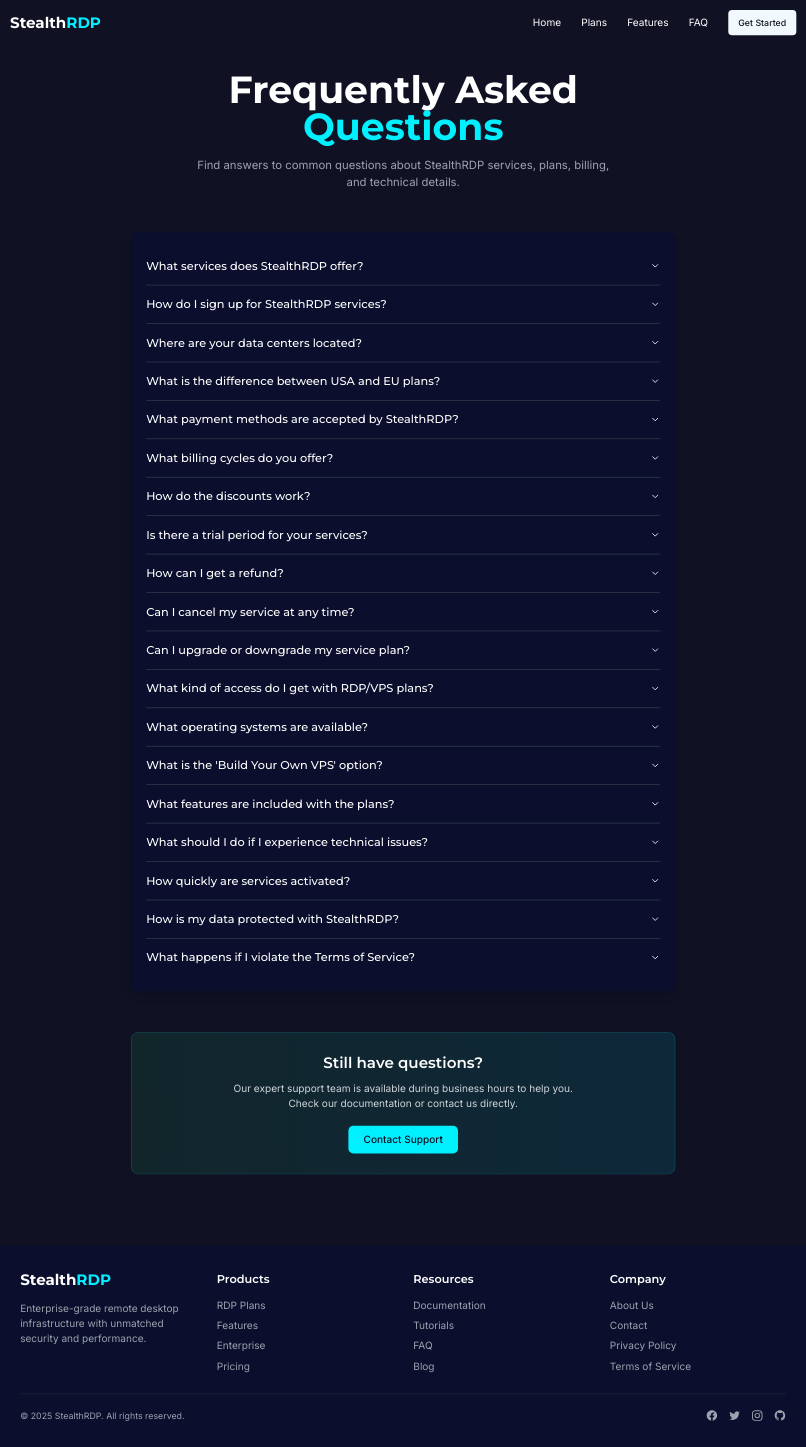
Repository: Husnainn01/stealthrdp2
Page: /faq
The author's editor kept a copy of each file at every save. The page is drawn from the files as they stood at one save, then again after the next save.
The browser window is 1280 px wide. The pictures show the whole page, at 63% of full size.
The project was rebuilt for these pictures with package versions that can differ from the ones it lists, and the page was loaded fresh each time. Also part of the build but not shown: vite.config.ts, src/components/ui/tooltip.tsx, src/pages/Index.tsx, src/components/ui/card.tsx, src/components/ui/tabs.tsx, src/pages/Plans.tsx, src/pages/Features.tsx, src/pages/NotFound.tsx.

Above is the page before, as saved 2025-05-05 04:01:30.

### index.html
<!DOCTYPE html>
<html lang="en">
  <head>
    <meta charset="UTF-8" />
    <meta name="viewport" content="width=device-width, initial-scale=1.0" />
    <title>stealth-digital-revamp</title>
    <meta name="description" content="Lovable Generated Project" />
    <meta name="author" content="Lovable" />

    <meta property="og:title" content="stealth-digital-revamp" />
    <meta property="og:description" content="Lovable Generated Project" />
    <meta property="og:type" content="website" />
    <meta property="og:image" content="https://lovable.dev/opengraph-image-p98pqg.png" />

    <meta name="twitter:card" content="summary_large_image" />
    <meta name="twitter:site" content="@lovable_dev" />
    <meta name="twitter:image" content="https://lovable.dev/opengraph-image-p98pqg.png" />
  </head>

  <body>
    <div id="root"></div>
    <!-- IMPORTANT: DO NOT REMOVE THIS SCRIPT TAG OR THIS VERY COMMENT! -->
    <script src="https://cdn.gpteng.co/gptengineer.js" type="module"></script>
    <script type="module" src="/src/main.tsx"></script>
  </body>
</html>

### src/App.tsx
import { Toaster } from "@/components/ui/toaster";
import { Toaster as Sonner } from "@/components/ui/sonner";
import { TooltipProvider } from "@/components/ui/tooltip";
import { QueryClient, QueryClientProvider } from "@tanstack/react-query";
import { BrowserRouter, Routes, Route } from "react-router-dom";
import Index from "./pages/Index";
import FAQPage from "./pages/FAQ";
import Plans from "./pages/Plans";
import Features from "./pages/Features";
import NotFound from "./pages/NotFound";

const queryClient = new QueryClient();

const App = () => (
  <QueryClientProvider client={queryClient}>
    <TooltipProvider>
      <Toaster />
      <Sonner />
      <BrowserRouter>
        <Routes>
          <Route path="/" element={<Index />} />
          <Route path="/faq" element={<FAQPage />} />
          <Route path="/plans" element={<Plans />} />
          <Route path="/features" element={<Features />} />
          {/* ADD ALL CUSTOM ROUTES ABOVE THE CATCH-ALL "*" ROUTE */}
          <Route path="*" element={<NotFound />} />
        </Routes>
      </BrowserRouter>
    </TooltipProvider>
  </QueryClientProvider>
);

export default App;

### src/index.css

@import url('https://fonts.googleapis.com/css2?family=Montserrat:wght@400;500;600;700&display=swap');
@import url('https://fonts.googleapis.com/css2?family=Inter:wght@400;500;600&display=swap');

@tailwind base;
@tailwind components;
@tailwind utilities;

@layer base {
  :root {
    --background: 240 10% 3.9%;
    --foreground: 0 0% 98%;
    --card: 240 10% 3.9%;
    --card-foreground: 0 0% 98%;
    --popover: 240 10% 3.9%;
    --popover-foreground: 0 0% 98%;
    --primary: 208 100% 97.3%;
    --primary-foreground: 240 5.9% 10%;
    --secondary: 240 3.7% 15.9%;
    --secondary-foreground: 0 0% 98%;
    --muted: 240 3.7% 15.9%;
    --muted-foreground: 240 5% 64.9%;
    --accent: 240 3.7% 15.9%;
    --accent-foreground: 0 0% 98%;
    --destructive: 0 62.8% 30.6%;
    --destructive-foreground: 0 0% 98%;
    --border: 240 3.7% 15.9%;
    --input: 240 3.7% 15.9%;
    --ring: 240 4.9% 83.9%;
    --radius: 0.5rem;
  }
}

@layer base {
  * {
    @apply border-border;
  }

  body {
    @apply bg-charcoal text-foreground font-inter antialiased;
  }

  h1, h2, h3, h4, h5, h6 {
    @apply font-montserrat font-bold;
  }

  .container {
    @apply px-4 md:px-8;
  }

  .btn-electric {
    @apply bg-electric text-charcoal hover:bg-opacity-80 transition-all duration-200 font-medium;
  }

  .btn-cyber {
    @apply bg-cyber text-midnight hover:bg-opacity-80 transition-all duration-200 font-medium;
  }

  .section {
    @apply py-12 md:py-16 lg:py-20;
  }

  .fade-in {
    @apply animate-fade-in;
  }

  .card-hover {
    @apply transition-all duration-200 hover:shadow-lg hover:shadow-electric/10 hover:-translate-y-1;
  }
}

### src/components/ui/toaster.tsx
import { useToast } from "@/hooks/use-toast"
import {
  Toast,
  ToastClose,
  ToastDescription,
  ToastProvider,
  ToastTitle,
  ToastViewport,
} from "@/components/ui/toast"

export function Toaster() {
  const { toasts } = useToast()

  return (
    <ToastProvider>
      {toasts.map(function ({ id, title, description, action, ...props }) {
        return (
          <Toast key={id} {...props}>
            <div className="grid gap-1">
              {title && <ToastTitle>{title}</ToastTitle>}
              {description && (
                <ToastDescription>{description}</ToastDescription>
              )}
            </div>
            {action}
            <ToastClose />
          </Toast>
        )
      })}
      <ToastViewport />
    </ToastProvider>
  )
}

### src/components/ui/sonner.tsx
import { useTheme } from "next-themes"
import { Toaster as Sonner, toast } from "sonner"

type ToasterProps = React.ComponentProps<typeof Sonner>

const Toaster = ({ ...props }: ToasterProps) => {
  const { theme = "system" } = useTheme()

  return (
    <Sonner
      theme={theme as ToasterProps["theme"]}
      className="toaster group"
      toastOptions={{
        classNames: {
          toast:
            "group toast group-[.toaster]:bg-background group-[.toaster]:text-foreground group-[.toaster]:border-border group-[.toaster]:shadow-lg",
          description: "group-[.toast]:text-muted-foreground",
          actionButton:
            "group-[.toast]:bg-primary group-[.toast]:text-primary-foreground",
          cancelButton:
            "group-[.toast]:bg-muted group-[.toast]:text-muted-foreground",
        },
      }}
      {...props}
    />
  )
}

export { Toaster, toast }

### src/components/ui/toast.tsx
import * as React from "react"
import * as ToastPrimitives from "@radix-ui/react-toast"
import { cva, type VariantProps } from "class-variance-authority"
import { X } from "lucide-react"

import { cn } from "@/lib/utils"

const ToastProvider = ToastPrimitives.Provider

const ToastViewport = React.forwardRef<
  React.ElementRef<typeof ToastPrimitives.Viewport>,
  React.ComponentPropsWithoutRef<typeof ToastPrimitives.Viewport>
>(({ className, ...props }, ref) => (
  <ToastPrimitives.Viewport
    ref={ref}
    className={cn(
      "fixed top-0 z-[100] flex max-h-screen w-full flex-col-reverse p-4 sm:bottom-0 sm:right-0 sm:top-auto sm:flex-col md:max-w-[420px]",
      className
    )}
    {...props}
  />
))
ToastViewport.displayName = ToastPrimitives.Viewport.displayName

const toastVariants = cva(
  "group pointer-events-auto relative flex w-full items-center justify-between space-x-4 overflow-hidden rounded-md border p-6 pr-8 shadow-lg transition-all data-[swipe=cancel]:translate-x-0 data-[swipe=end]:translate-x-[var(--radix-toast-swipe-end-x)] data-[swipe=move]:translate-x-[var(--radix-toast-swipe-move-x)] data-[swipe=move]:transition-none data-[state=open]:animate-in data-[state=closed]:animate-out data-[swipe=end]:animate-out data-[state=closed]:fade-out-80 data-[state=closed]:slide-out-to-right-full data-[state=open]:slide-in-from-top-full data-[state=open]:sm:slide-in-from-bottom-full",
  {
    variants: {
      variant: {
        default: "border bg-background text-foreground",
        destructive:
          "destructive group border-destructive bg-destructive text-destructive-foreground",
      },
    },
    defaultVariants: {
      variant: "default",
    },
  }
)

const Toast = React.forwardRef<
  React.ElementRef<typeof ToastPrimitives.Root>,
  React.ComponentPropsWithoutRef<typeof ToastPrimitives.Root> &
    VariantProps<typeof toastVariants>
>(({ className, variant, ...props }, ref) => {
  return (
    <ToastPrimitives.Root
      ref={ref}
      className={cn(toastVariants({ variant }), className)}
      {...props}
    />
  )
})
Toast.displayName = ToastPrimitives.Root.displayName

const ToastAction = React.forwardRef<
  React.ElementRef<typeof ToastPrimitives.Action>,
  React.ComponentPropsWithoutRef<typeof ToastPrimitives.Action>
>(({ className, ...props }, ref) => (
  <ToastPrimitives.Action
    ref={ref}
    className={cn(
      "inline-flex h-8 shrink-0 items-center justify-center rounded-md border bg-transparent px-3 text-sm font-medium ring-offset-background transition-colors hover:bg-secondary focus:outline-none focus:ring-2 focus:ring-ring focus:ring-offset-2 disabled:pointer-events-none disabled:opacity-50 group-[.destructive]:border-muted/40 group-[.destructive]:hover:border-destructive/30 group-[.destructive]:hover:bg-destructive group-[.destructive]:hover:text-destructive-foreground group-[.destructive]:focus:ring-destructive",
      className
    )}
    {...props}
  />
))
ToastAction.displayName = ToastPrimitives.Action.displayName

const ToastClose = React.forwardRef<
  React.ElementRef<typeof ToastPrimitives.Close>,
  React.ComponentPropsWithoutRef<typeof ToastPrimitives.Close>
>(({ className, ...props }, ref) => (
  <ToastPrimitives.Close
    ref={ref}
    className={cn(
      "absolute right-2 top-2 rounded-md p-1 text-foreground/50 opacity-0 transition-opacity hover:text-foreground focus:opacity-100 focus:outline-none focus:ring-2 group-hover:opacity-100 group-[.destructive]:text-red-300 group-[.destructive]:hover:text-red-50 group-[.destructive]:focus:ring-red-400 group-[.destructive]:focus:ring-offset-red-600",
      className
    )}
    toast-close=""
    {...props}
  >
    <X className="h-4 w-4" />
  </ToastPrimitives.Close>
))
ToastClose.displayName = ToastPrimitives.Close.displayName

const ToastTitle = React.forwardRef<
  React.ElementRef<typeof ToastPrimitives.Title>,
  React.ComponentPropsWithoutRef<typeof ToastPrimitives.Title>
>(({ className, ...props }, ref) => (
  <ToastPrimitives.Title
    ref={ref}
    className={cn("text-sm font-semibold", className)}
    {...props}
  />
))
ToastTitle.displayName = ToastPrimitives.Title.displayName

const ToastDescription = React.forwardRef<
  React.ElementRef<typeof ToastPrimitives.Description>,
  React.ComponentPropsWithoutRef<typeof ToastPrimitives.Description>
>(({ className, ...props }, ref) => (
  <ToastPrimitives.Description
    ref={ref}
    className={cn("text-sm opacity-90", className)}
    {...props}
  />
))
ToastDescription.displayName = ToastPrimitives.Description.displayName

type ToastProps = React.ComponentPropsWithoutRef<typeof Toast>

type ToastActionElement = React.ReactElement<typeof ToastAction>

export {
  type ToastProps,
  type ToastActionElement,
  ToastProvider,
  ToastViewport,
  Toast,
  ToastTitle,
  ToastDescription,
  ToastClose,
  ToastAction,
}

### src/components/Layout.tsx

import React from 'react';
import Navbar from './Navbar';
import Footer from './Footer';

interface LayoutProps {
  children: React.ReactNode;
}

const Layout: React.FC<LayoutProps> = ({ children }) => {
  return (
    <div className="flex flex-col min-h-screen">
      <Navbar />
      <main className="flex-grow">{children}</main>
      <Footer />
    </div>
  );
};

export default Layout;

### src/components/ui/button.tsx
import * as React from "react"
import { Slot } from "@radix-ui/react-slot"
import { cva, type VariantProps } from "class-variance-authority"

import { cn } from "@/lib/utils"

const buttonVariants = cva(
  "inline-flex items-center justify-center gap-2 whitespace-nowrap rounded-md text-sm font-medium ring-offset-background transition-colors focus-visible:outline-none focus-visible:ring-2 focus-visible:ring-ring focus-visible:ring-offset-2 disabled:pointer-events-none disabled:opacity-50 [&_svg]:pointer-events-none [&_svg]:size-4 [&_svg]:shrink-0",
  {
    variants: {
      variant: {
        default: "bg-primary text-primary-foreground hover:bg-primary/90",
        destructive:
          "bg-destructive text-destructive-foreground hover:bg-destructive/90",
        outline:
          "border border-input bg-background hover:bg-accent hover:text-accent-foreground",
        secondary:
          "bg-secondary text-secondary-foreground hover:bg-secondary/80",
        ghost: "hover:bg-accent hover:text-accent-foreground",
        link: "text-primary underline-offset-4 hover:underline",
      },
      size: {
        default: "h-10 px-4 py-2",
        sm: "h-9 rounded-md px-3",
        lg: "h-11 rounded-md px-8",
        icon: "h-10 w-10",
      },
    },
    defaultVariants: {
      variant: "default",
      size: "default",
    },
  }
)

export interface ButtonProps
  extends React.ButtonHTMLAttributes<HTMLButtonElement>,
    VariantProps<typeof buttonVariants> {
  asChild?: boolean
}

const Button = React.forwardRef<HTMLButtonElement, ButtonProps>(
  ({ className, variant, size, asChild = false, ...props }, ref) => {
    const Comp = asChild ? Slot : "button"
    return (
      <Comp
        className={cn(buttonVariants({ variant, size, className }))}
        ref={ref}
        {...props}
      />
    )
  }
)
Button.displayName = "Button"

export { Button, buttonVariants }

### src/components/ui/accordion.tsx
import * as React from "react"
import * as AccordionPrimitive from "@radix-ui/react-accordion"
import { ChevronDown } from "lucide-react"

import { cn } from "@/lib/utils"

const Accordion = AccordionPrimitive.Root

const AccordionItem = React.forwardRef<
  React.ElementRef<typeof AccordionPrimitive.Item>,
  React.ComponentPropsWithoutRef<typeof AccordionPrimitive.Item>
>(({ className, ...props }, ref) => (
  <AccordionPrimitive.Item
    ref={ref}
    className={cn("border-b", className)}
    {...props}
  />
))
AccordionItem.displayName = "AccordionItem"

const AccordionTrigger = React.forwardRef<
  React.ElementRef<typeof AccordionPrimitive.Trigger>,
  React.ComponentPropsWithoutRef<typeof AccordionPrimitive.Trigger>
>(({ className, children, ...props }, ref) => (
  <AccordionPrimitive.Header className="flex">
    <AccordionPrimitive.Trigger
      ref={ref}
      className={cn(
        "flex flex-1 items-center justify-between py-4 font-medium transition-all hover:underline [&[data-state=open]>svg]:rotate-180",
        className
      )}
      {...props}
    >
      {children}
      <ChevronDown className="h-4 w-4 shrink-0 transition-transform duration-200" />
    </AccordionPrimitive.Trigger>
  </AccordionPrimitive.Header>
))
AccordionTrigger.displayName = AccordionPrimitive.Trigger.displayName

const AccordionContent = React.forwardRef<
  React.ElementRef<typeof AccordionPrimitive.Content>,
  React.ComponentPropsWithoutRef<typeof AccordionPrimitive.Content>
>(({ className, children, ...props }, ref) => (
  <AccordionPrimitive.Content
    ref={ref}
    className="overflow-hidden text-sm transition-all data-[state=closed]:animate-accordion-up data-[state=open]:animate-accordion-down"
    {...props}
  >
    <div className={cn("pb-4 pt-0", className)}>{children}</div>
  </AccordionPrimitive.Content>
))

AccordionContent.displayName = AccordionPrimitive.Content.displayName

export { Accordion, AccordionItem, AccordionTrigger, AccordionContent }

### src/components/Navbar.tsx

import React, { useState, useEffect } from 'react';
import { Link } from 'react-router-dom';
import { Menu, X } from 'lucide-react';
import { Button } from './ui/button';

const Navbar = () => {
  const [isMenuOpen, setIsMenuOpen] = useState(false);
  const [scrolled, setScrolled] = useState(false);

  useEffect(() => {
    const handleScroll = () => {
      const isScrolled = window.scrollY > 20;
      if (isScrolled !== scrolled) {
        setScrolled(isScrolled);
      }
    };

    window.addEventListener('scroll', handleScroll);
    return () => {
      window.removeEventListener('scroll', handleScroll);
    };
  }, [scrolled]);

  const toggleMenu = () => setIsMenuOpen(!isMenuOpen);

  return (
    <nav
      className={`fixed w-full z-50 transition-all duration-300 ${
        scrolled ? 'bg-charcoal/95 backdrop-blur-sm shadow-lg py-2' : 'bg-transparent py-4'
      }`}
    >
      <div className="container mx-auto px-4 flex items-center justify-between">
        <Link to="/" className="flex items-center">
          <span className="font-montserrat font-bold text-2xl text-white">Stealth<span className="text-electric">RDP</span></span>
        </Link>

        {/* Desktop Menu */}
        <div className="hidden md:flex space-x-8 items-center">
          <Link to="/" className="text-white hover:text-electric transition-colors">Home</Link>
          <Link to="/plans" className="text-white hover:text-electric transition-colors">Plans</Link>
          <Link to="/features" className="text-white hover:text-electric transition-colors">Features</Link>
          <Link to="/faq" className="text-white hover:text-electric transition-colors">FAQ</Link>
          <Button asChild className="btn-electric">
            <Link to="/signup">Get Started</Link>
          </Button>
        </div>

        {/* Mobile Menu Button */}
        <button
          className="md:hidden text-white"
          onClick={toggleMenu}
          aria-label="Toggle menu"
        >
          {isMenuOpen ? <X size={24} /> : <Menu size={24} />}
        </button>
      </div>

      {/* Mobile Menu Dropdown */}
      {isMenuOpen && (
        <div className="md:hidden absolute top-full left-0 w-full bg-charcoal shadow-lg py-4">
          <div className="container mx-auto px-4 flex flex-col space-y-4">
            <Link
              to="/"
              className="text-white hover:text-electric py-2 transition-colors"
              onClick={() => setIsMenuOpen(false)}
            >
              Home
            </Link>
            <Link
              to="/plans"
              className="text-white hover:text-electric py-2 transition-colors"
              onClick={() => setIsMenuOpen(false)}
            >
              Plans
            </Link>
            <Link
              to="/features"
              className="text-white hover:text-electric py-2 transition-colors"
              onClick={() => setIsMenuOpen(false)}
            >
              Features
            </Link>
            <Link
              to="/faq"
              className="text-white hover:text-electric py-2 transition-colors"
              onClick={() => setIsMenuOpen(false)}
            >
              FAQ
            </Link>
            <Button
              asChild
              className="btn-electric w-full"
              onClick={() => setIsMenuOpen(false)}
            >
              <Link to="/signup">Get Started</Link>
            </Button>
          </div>
        </div>
      )}
    </nav>
  );
};

export default Navbar;

### tailwind.config.ts

import type { Config } from "tailwindcss";

export default {
	darkMode: ["class"],
	content: [
		"./pages/**/*.{ts,tsx}",
		"./components/**/*.{ts,tsx}",
		"./app/**/*.{ts,tsx}",
		"./src/**/*.{ts,tsx}",
	],
	prefix: "",
	theme: {
		container: {
			center: true,
			padding: '2rem',
			screens: {
				'2xl': '1400px'
			}
		},
		extend: {
			colors: {
				border: 'hsl(var(--border))',
				input: 'hsl(var(--input))',
				ring: 'hsl(var(--ring))',
				background: 'hsl(var(--background))',
				foreground: 'hsl(var(--foreground))',
				midnight: '#0B0F2D',
				cyber: '#22D46B',
				steel: '#1E1E1E',
				electric: '#00F0FF',
				charcoal: '#101224',
				primary: {
					DEFAULT: 'hsl(var(--primary))',
					foreground: 'hsl(var(--primary-foreground))'
				},
				secondary: {
					DEFAULT: 'hsl(var(--secondary))',
					foreground: 'hsl(var(--secondary-foreground))'
				},
				destructive: {
					DEFAULT: 'hsl(var(--destructive))',
					foreground: 'hsl(var(--destructive-foreground))'
				},
				muted: {
					DEFAULT: 'hsl(var(--muted))',
					foreground: 'hsl(var(--muted-foreground))'
				},
				accent: {
					DEFAULT: 'hsl(var(--accent))',
					foreground: 'hsl(var(--accent-foreground))'
				},
				popover: {
					DEFAULT: 'hsl(var(--popover))',
					foreground: 'hsl(var(--popover-foreground))'
				},
				card: {
					DEFAULT: 'hsl(var(--card))',
					foreground: 'hsl(var(--card-foreground))'
				},
			},
			fontFamily: {
				montserrat: ['Montserrat', 'sans-serif'],
				inter: ['Inter', 'sans-serif'],
			},
			borderRadius: {
				lg: 'var(--radius)',
				md: 'calc(var(--radius) - 2px)',
				sm: 'calc(var(--radius) - 4px)'
			},
			keyframes: {
				"accordion-down": {
					from: { height: "0" },
					to: { height: "var(--radix-accordion-content-height)" },
				},
				"accordion-up": {
					from: { height: "var(--radix-accordion-content-height)" },
					to: { height: "0" },
				},
				"fade-in": {
					"0%": {
						opacity: "0",
						transform: "translateY(10px)"
					},
					"100%": {
						opacity: "1",
						transform: "translateY(0)"
					}
				},
				"fade-out": {
					"0%": {
						opacity: "1",
						transform: "translateY(0)"
					},
					"100%": {
						opacity: "0",
						transform: "translateY(10px)"
					}
				},
			},
			animation: {
				"accordion-down": "accordion-down 0.2s ease-out",
				"accordion-up": "accordion-up 0.2s ease-out",
				"fade-in": "fade-in 0.5s ease-out",
				"fade-out": "fade-out 0.3s ease-out",
			}
		}
	},
	plugins: [require("tailwindcss-animate")],
} satisfies Config;

Loaded but not shown: src/main.tsx (common file); src/hooks/use-toast.ts (common file); src/lib/utils.ts (common file); src/pages/FAQ.tsx (142 lines, source omitted); src/components/Footer.tsx (84 lines, source omitted)

After the next save:
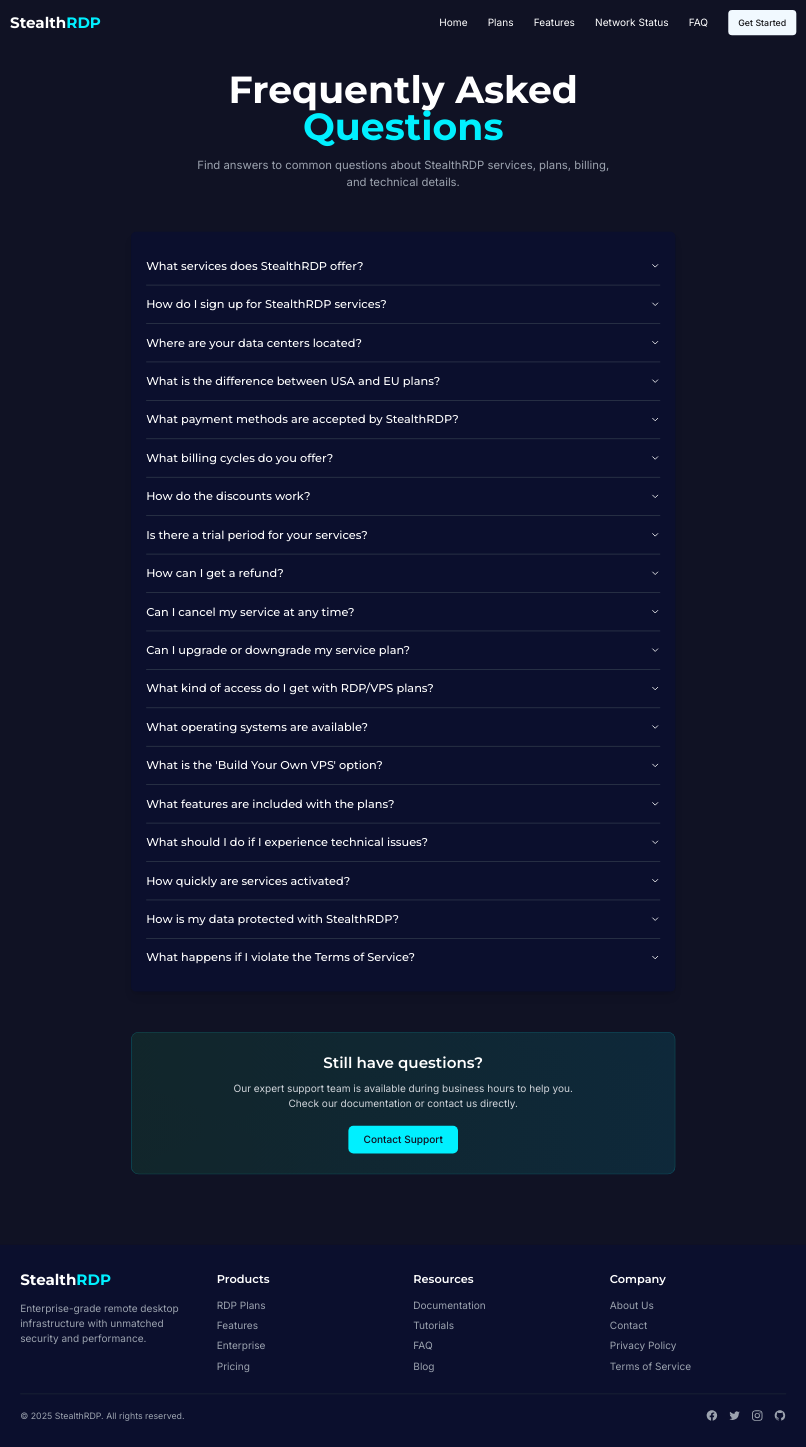
Saved 6 min 56 s later.
--- a/src/components/Navbar.tsx
+++ b/src/components/Navbar.tsx
@@ -1,4 +1,3 @@
-
 import React, { useState, useEffect } from 'react';
 import { Link } from 'react-router-dom';
 import { Menu, X } from 'lucide-react';
@@ -40,6 +39,14 @@
           <Link to="/" className="text-white hover:text-electric transition-colors">Home</Link>
           <Link to="/plans" className="text-white hover:text-electric transition-colors">Plans</Link>
           <Link to="/features" className="text-white hover:text-electric transition-colors">Features</Link>
+          <a
+            href="https://status.stealthrdp.com/?_gl=1*wfqblk*_gcl_au*MTc2OTgxMjEwNS4xNzQ0MDk5Nzcw"
+            target="_blank"
+            rel="noopener noreferrer"
+            className="text-white hover:text-electric transition-colors"
+          >
+            Network Status
+          </a>
           <Link to="/faq" className="text-white hover:text-electric transition-colors">FAQ</Link>
           <Button asChild className="btn-electric">
             <Link to="/signup">Get Started</Link>
@@ -81,6 +88,15 @@
             >
               Features
             </Link>
+            <a
+              href="https://status.stealthrdp.com/?_gl=1*wfqblk*_gcl_au*MTc2OTgxMjEwNS4xNzQ0MDk5Nzcw"
+              target="_blank"
+              rel="noopener noreferrer"
+              className="text-white hover:text-electric py-2 transition-colors"
+              onClick={() => setIsMenuOpen(false)}
+            >
+              Network Status
+            </a>
             <Link
               to="/faq"
               className="text-white hover:text-electric py-2 transition-colors"
